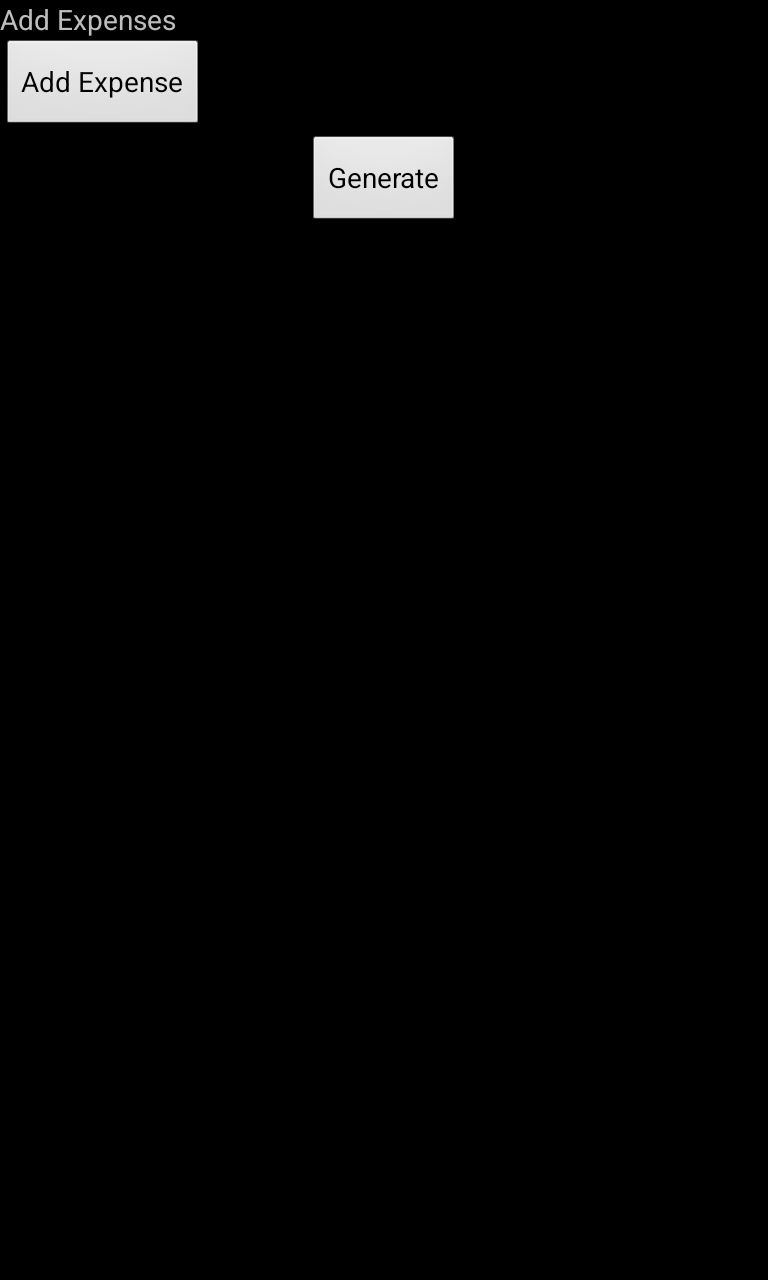
Repository: iyeranan/Expenses
Layout: Expenses/res/layout/shares.xml
The author's editor kept a copy of each file at every save. The layout is drawn from the files as they stood at one save, then again after the next save.
It is drawn on a 768 x 1280 px phone screen (xhdpi) without system bars, with theme android:Theme; the app's code is not run.

Above is the layout before, as saved 2012-01-15 01:54:23.

After the next save:
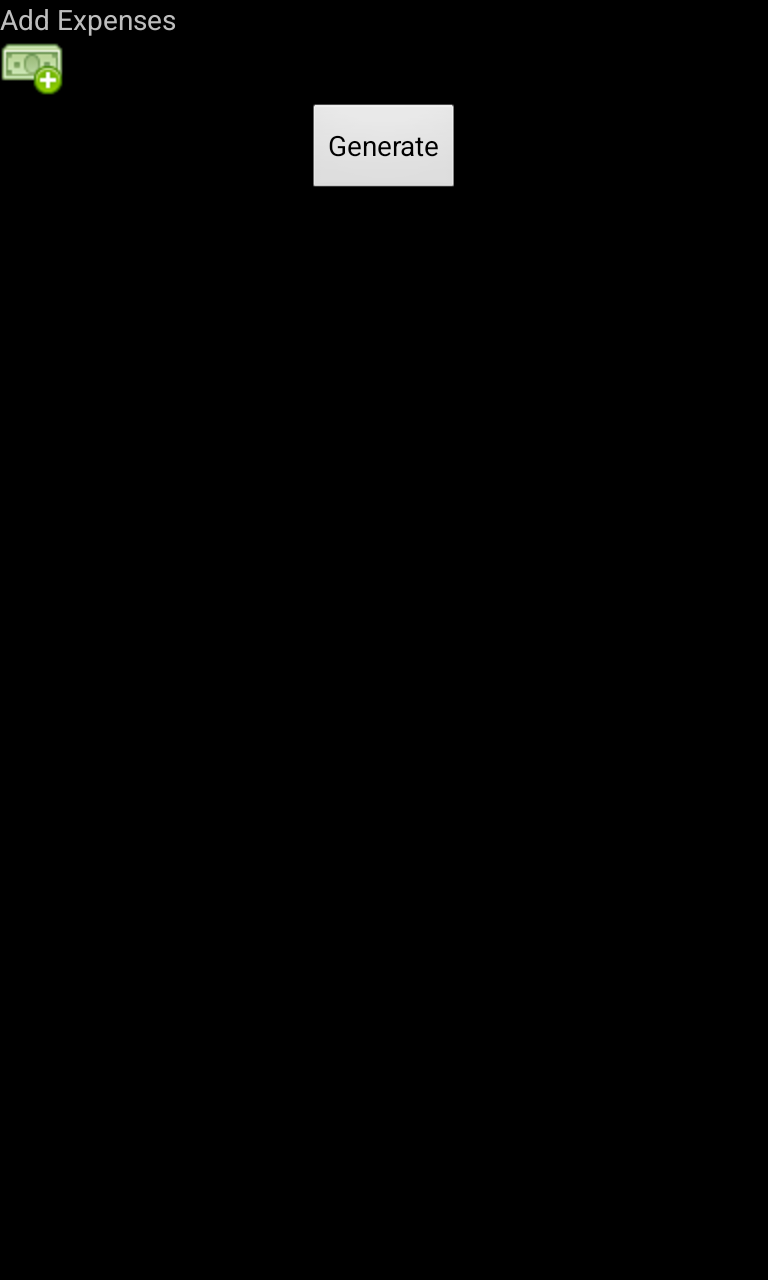
Saved 8 min 22 s later.
--- a/Expenses/res/layout/shares.xml
+++ b/Expenses/res/layout/shares.xml
@@ -7,7 +7,7 @@
     android:layout_height="wrap_content"
     android:text="@string/addExpenses"
     />
-<Button android:layout_width="wrap_content" android:layout_height="wrap_content" android:text="Add Expense" android:id="@+id/btnAddExpense"></Button>
+<Button android:layout_width="wrap_content" android:layout_height="wrap_content" android:background="@drawable/add_expenses" android:id="@+id/btnAddExpense"></Button>
 <TableLayout android:layout_width="fill_parent" android:layout_height="wrap_content" android:id="@+id/tblExpenses">
 </TableLayout>
 <Button android:layout_height="wrap_content" android:layout_width="wrap_content" android:layout_gravity="center_vertical|center_horizontal" android:text="Generate" android:id="@+id/btnGenerate"></Button>
